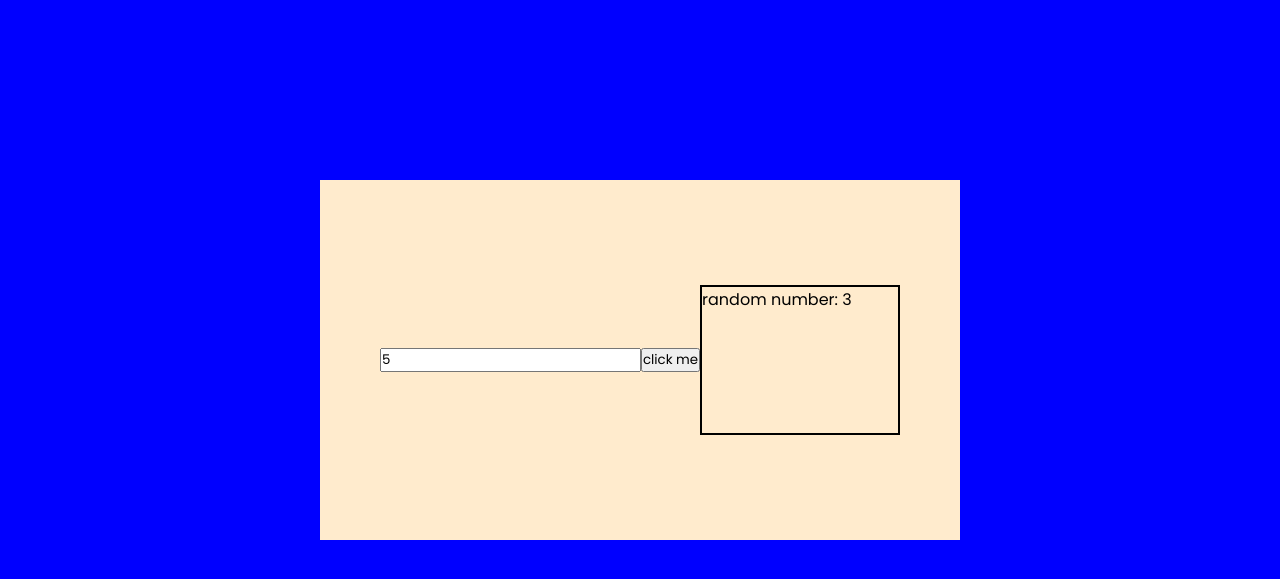
Repository: NarekTovmasyan/promise
Page: inex.html
These files come from the project's save history. The page is drawn as it stood at one moment and after the next save; the edit follows.
The browser window is 1280 px wide. The pictures show the whole page.
Empty fields were first filled with sample values (such as "Sample", 5 or name@example.com).
After loading, the first visible `#button` was clicked once.

Above is the page before, as saved 2022-02-21 22:58:51.
Console error: ReferenceError: count is not defined

After the next save:
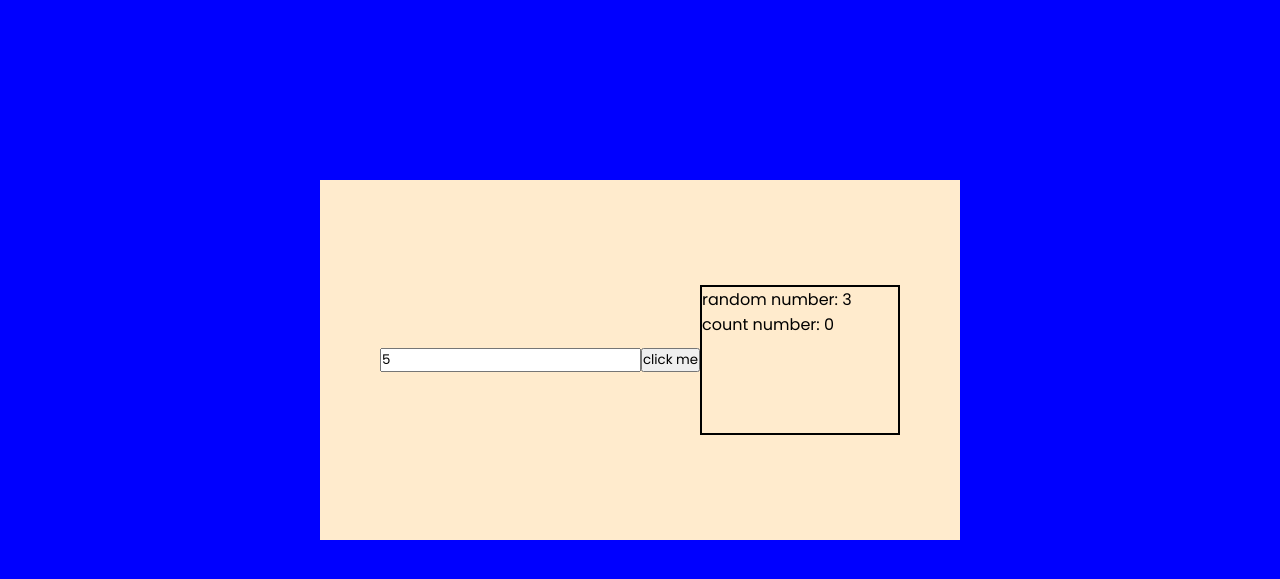
The error is gone.
Saved 28 s later.
--- a/script.js
+++ b/script.js
@@ -74,5 +74,5 @@ button.addEventListener("click", function() {
     } else {
         count += 0;
     }
+    p1Text.insertAdjacentHTML('afterend', "count number: " + count++);
 })
-p1Text.insertAdjacentHTML('afterend', "count number: " + count++);
